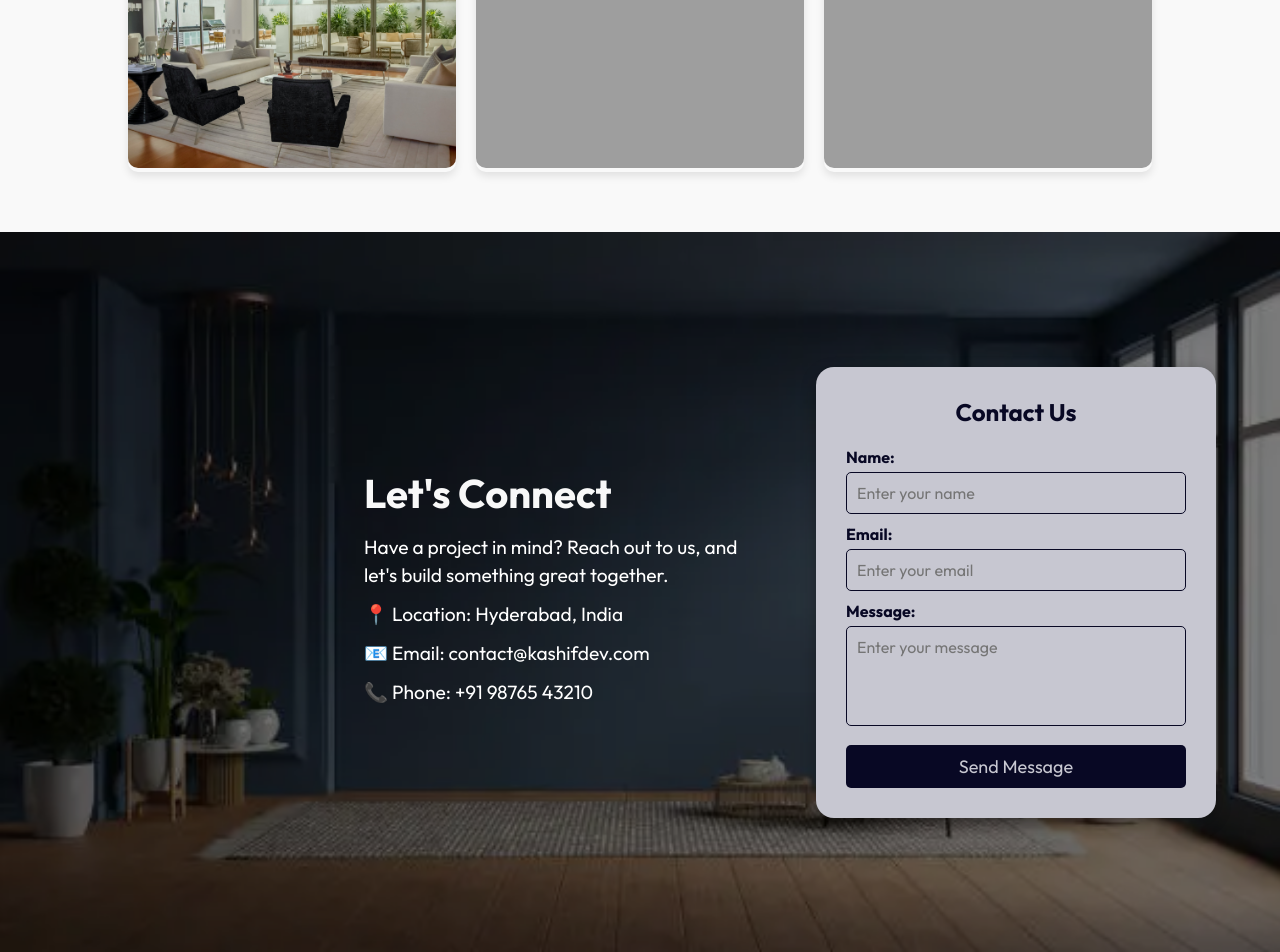
Repository: TechProjectss/Portfolio
Page: / (app in Merajweb/)
The author's editor kept a copy of each file at every save. The page is drawn from the files as they stood at one save, then again after the next save.
The browser window is 1280 px wide. The pictures show the part of the page from y = 2747 to 3699 px (the page is 3699 px tall).
Pictures or frames that could not be fetched are drawn as grey boxes. The project was rebuilt for these pictures with package versions that can differ from the ones it lists, and the page was loaded fresh each time. Also part of the build but not shown: Merajweb/vite.config.js.

Above is the page before, as saved 2025-02-26 12:39:04.

### Merajweb/index.html
<!doctype html>
<html lang="en">
  <head>
    <meta charset="UTF-8" />
    <link rel="icon" type="image/svg+xml" href="/vite.svg" />
    <meta name="viewport" content="width=device-width, initial-scale=1.0" />
    <title>MerajWeb</title>
  </head>
  <body>
    <div id="root"></div>
    <script type="module" src="/src/main.jsx"></script>
  </body>
</html>

### Merajweb/src/index.css
@import url('https://fonts.googleapis.com/css2?family=Outfit:wght@100..900&display=swap');

*{
    margin: 0;
    padding: 0;
    box-sizing: border-box;
    font-family: "Outfit", serif;
}

body{
    background-color: #f5f5f5;
}

a{
    text-decoration: none;
    color: inherit;
    line-height: 1;
    cursor: pointer;
}

.container{
    padding-left: 5%;
    padding-right: 5%;
}

### Merajweb/src/App.jsx
import React from "react";
import Navbar from "./components/Navbar/Navbar";
import Home from "./components/Home/Home";
import About from "./components/About/About";
import Programs from "./components/Programs/Programs";
import Projects from "./components/Projects/Projects";
import Contact from "./components/Contact/Contact";

const App = () => {
  return (
    <>
      <Navbar />
      <div id="home"><Home /></div>
      <div id="about"><About /></div>
      <div id="programs"><Programs /></div>
      <div id="projects"><Projects /></div>
      <div id="contact"><Contact /></div>
    </>
  );
};

export default App;

### Merajweb/src/components/Navbar/Navbar.jsx
import React, { useState, useEffect } from "react";
import "./Navbar.css";
import logosk from "../../assets/logosk1.png";

const Navbar = () => {
    const [menuOpen, setMenuOpen] = useState(false);
    const [visible, setVisible] = useState(true);

    useEffect(() => {
        let lastScrollY = window.scrollY;

        const handleScroll = () => {
            setVisible(window.scrollY < lastScrollY || window.scrollY < 50);
            lastScrollY = window.scrollY;
        };

        window.addEventListener("scroll", handleScroll);
        return () => window.removeEventListener("scroll", handleScroll);
    }, []);

    return (
        <nav className={`navbar ${visible ? "visible" : "hidden"}`}>
            <div className="logo-container">
                <img src={logosk} alt="logo" className="logo" />
            </div>
            <ul className={menuOpen ? "nav-items open" : "nav-items"}>
                <li><a href="#home">Home</a></li>
                <li><a href="#about">About</a></li>
                <li><a href="#programs">Programs</a></li>
                <li><a href="#projects">Projects</a></li>
                <li><a href="#contact">Contact Us</a></li>
            </ul>
            <div className="menu-icon" onClick={() => setMenuOpen(!menuOpen)}>☰</div>
        </nav>
    );
};

export default Navbar;

### Merajweb/src/components/Home/Home.jsx
import React from 'react';
import './Home.css';

const Home = () => {
    return (
        <div className='hero container' style={{ minHeight: "100vh" }}>
            <div className="hero-text">
                <h1>Bringing Ideas to Reality with Design & Code</h1>
                <h2>Mohammed Kashif | React Native & Full-Stack Developer</h2>
                <p>
                    I specialize in building scalable mobile apps, seamless UI/UX, and API integrations.
                    Looking for a passionate developer? Let’s build something amazing together!
                </p>
                <div className="hero-buttons">
                    <button className="btn primary">View My Work</button>
                    <button className="btn secondary">Hire Me</button>
                </div>
            </div>
        </div>
    );
};

export default Home;

### Merajweb/src/components/About/About.jsx
import React from 'react';
import styled from 'styled-components';

// Styled Components
const AboutSection = styled.div`
    display: flex;
    align-items: center;
    justify-content: center;
    min-height: 100vh;
    padding: 60px 20px;
    background: #fff;
    gap: 50px;

    @media (max-width: 768px) {
        flex-direction: column;
        text-align: center;
    }
`;

const AboutText = styled.div`
    max-width: 600px;
    line-height: 1.8;
`;

const AboutImage = styled.img`
    width: 350px;
    height: 350px;
    border-radius: 50%;
    box-shadow: 0 6px 12px rgba(0, 0, 0, 0.3);
    transition: transform 0.3s ease-in-out;

    &:hover {
        transform: scale(1.1);
    }
`;

const Skills = styled.ul`
    list-style: none;
    padding: 0;
    display: flex;
    flex-wrap: wrap;
    justify-content: flex-start;
    margin-top: 20px;
    gap: 10px;

    @media (max-width: 768px) {
        justify-content: center;
    }
`;

const SkillItem = styled.li`
    background: #080824;
    color: white;
    padding: 10px 20px;
    border-radius: 25px;
    font-weight: bold;
    font-size: 14px;
    transition: all 0.3s ease-in-out;

    &:hover {
        background: #080824;
        transform: translateY(-3px);
    }
`;

const CTAButton = styled.button`
    background: #080824;
    color: white;
    padding: 14px 28px;
    font-size: 18px;
    border: none;
    cursor: pointer;
    border-radius: 8px;
    font-weight: bold;
    transition: all 0.3s ease-in-out;
    margin-top: 30px;

    &:hover {
        background:rgb(111, 111, 131);
        transform: scale(1.05);
    }
`;

const About = () => {
    return (
        <AboutSection>
            <AboutImage src="/profile.jpg" alt="Mohammed Kashif" />
            <AboutText>
                <h1>About Me</h1>
                <p>
                    Hi, I'm <strong>Mohammed Kashif</strong>, a passionate and dedicated <strong>Full-Stack Developer</strong>
                    with expertise in building modern and scalable applications. My journey in development started with
                    curiosity, and now I specialize in crafting high-quality digital experiences.
                </p>
                <p>
                    I thrive on solving real-world problems using <strong>React Native, React.js, Node.js</strong>, and <strong>UI/UX Design</strong>.
                    From designing user-friendly interfaces to developing seamless back-end services, I ensure that every
                    project is built with efficiency, creativity, and a focus on user satisfaction.
                </p>
                <h2>Skills & Technologies</h2>
                <Skills>
                    <SkillItem>React Native</SkillItem>
                    <SkillItem>React.js</SkillItem>
                    <SkillItem>UI/UX Design</SkillItem>
                    <SkillItem>Node.js</SkillItem>
                    <SkillItem>MongoDB</SkillItem>
                    <SkillItem>API Development</SkillItem>
                    <SkillItem>Docker & Cloud Services</SkillItem>
                    <SkillItem>JavaScript & TypeScript</SkillItem>
                </Skills>
                <CTAButton>Let's Work Together!</CTAButton>
            </AboutText>
        </AboutSection>
    );
};

export default About;

### Merajweb/src/components/Programs/Programs.jsx
import React from "react";
import "./Programs.css";
import img1 from "../../assets/hom1.jpg"; // Replace with actual image path
import img2 from "../../assets/int7.jpg"; // Replace with actual image path
import img3 from "../../assets/int2.jpg"; // Replace with actual image path
import img4 from "../../assets/int5.jpg"; // Replace with actual image path
import img5 from "../../assets/int4.jpg"; // Replace with actual image path

const Programs = () => {
    return (
        <section className="programs-section">
            <div className="program-card">
                <img src={img1} alt="Interior Design" className="program-image" />
                <h3 className="program-title">Innovation Inside Out</h3>
                <p className="program-description">
                    NA Architects are unparalleled in Interior Design solutions. It’s not just mind-blowing, it’s mind-bending.
                </p>
            </div>

            <div className="program-card">
                <img src={img2} alt="Skyscraper Design" className="program-image" />
                <h3 className="program-title">Towering Testimonies</h3>
                <p className="program-description">
                    Creating the skyline has been a passion at NA Architects. Buildings that are talked about and clicked across the world.
                </p>
            </div>

            <div className="program-card">
                <img src={img3} alt="Garden Design" className="program-image" />
                <h3 className="program-title">The Circle of Life</h3>
                <p className="program-description">
                    At NA Architects, we have the best of minds who excel in designing both Residencies and Commercial Spaces.
                </p>
            </div>

            <div className="program-card">
                <img src={img4} alt="Eco-Friendly Design" className="program-image" />
                <h3 className="program-title">Sustainable Living</h3>
                <p className="program-description">
                    We focus on eco-friendly and sustainable architecture, creating energy-efficient and green spaces for future generations.
                </p>
            </div>

            <div className="program-card">
                <img src={img5} alt="Smart Homes" className="program-image" />
                <h3 className="program-title">Smart Spaces</h3>
                <p className="program-description">
                    Integrating technology with architecture, we design smart homes and workspaces that enhance convenience and security.
                </p>
            </div>
        </section>
    );
};

export default Programs;

### Merajweb/src/components/Projects/Projects.jsx
import React from "react";
import "./Projects.css";
import project1 from "../../assets/int1.jpg";
import project2 from "../../assets/int2.jpg";
import project3 from "../../assets/int3.jpg";
import project4 from "../../assets/int4.jpg";
import project5 from "../../assets/int5.jpg";
import project6 from "../../assets/int6.jpg";

const projects = [
    { id: 1, title: "Luxury Villa", image: project1, description: "A premium luxury villa designed with modern aesthetics." },
    { id: 2, title: "Corporate Tower", image: project2, description: "A state-of-the-art corporate skyscraper in the city skyline." },
    { id: 3, title: "Eco-Friendly Home", image: project3, description: "An energy-efficient home designed for sustainability." },
    { id: 4, title: "Smart Office", image: project4, description: "An innovative workspace with smart technology integration." },
    { id: 5, title: "Resort & Spa", image: project5, description: "A relaxing resort with a nature-inspired architectural theme." },
    { id: 6, title: "Urban Apartments", image: project6, description: "A modern apartment complex with a minimalist touch." }
];

const Projects = () => {
    return (
        <section className="projects-section">
            <h2 className="section-title">Our Client Projects</h2>
            <div className="projects-grid">
                {projects.map((project) => (
                    <div key={project.id} className="project-card">
                        <img src={project.image} alt={project.title} className="project-image" />
                        <div className="project-overlay">
                            <h3 className="project-title">{project.title}</h3>
                            <p className="project-description">{project.description}</p>
                        </div>
                    </div>
                ))}
            </div>
        </section>
    );
};

export default Projects;

### Merajweb/src/components/Contact/Contact.jsx
import React from "react";
import "./Contact.css";

const Contact = () => {
    return (
        <div className="contact-page">
            <div className="overlay"></div>

            {/* Left Side Content */}
            <div className="contact-info">
                <h1>Let's Connect</h1>
                <p>Have a project in mind? Reach out to us, and let's build something great together.</p>
                <p>📍 Location: Hyderabad, India</p>
                <p>📧 Email: contact@kashifdev.com</p>
                <p>📞 Phone: +91 98765 43210</p>
            </div>

            {/* Contact Form */}
            <div className="contact-form">
                <h2>Contact Us</h2>
                <form>
                    <label>Name:</label>
                    <input type="text" placeholder="Enter your name" required />

                    <label>Email:</label>
                    <input type="email" placeholder="Enter your email" required />

                    <label>Message:</label>
                    <textarea placeholder="Enter your message" required></textarea>

                    <button type="submit">Send Message</button>
                </form>
            </div>
        </div>
    );
};

export default Contact;

### Merajweb/src/components/Navbar/Navbar.css
/* Navbar Container */
.navbar {
    width: 100%;
    color: #fff;
    background-color: #080824;
    padding: 12px 30px;
    position: fixed;
    top: 0;
    left: 0;
    display: flex;
    align-items: center;
    justify-content: space-between;
    z-index: 1000;
    height: 60px;
    transition: transform 0.3s ease-in-out;
}

html {
    scroll-behavior: smooth;
}

/* Hide Navbar when Scrolling Up */
.navbar.hidden {
    transform: translateY(-100%);
}

/* Show Navbar when Scrolling Down */
.navbar.visible {
    transform: translateY(0);
}

/* Logo Styling */
.logo-container {
    display: flex;
    align-items: center;
}

.logo {
    width: 40px;
    height: 40px;
    border-radius: 50%;
    object-fit: cover;
    border: 2px solid white;
    cursor: pointer;
}

/* Navigation Links */
.nav-items {
    display: flex;
    list-style: none;
}

.nav-items li {
    margin: 0 15px;
}

.nav-items a {
    text-decoration: none;
    color: #fff;
    font-size: 16px;
    font-weight: 500;
    transition: color 0.3s ease-in-out;
}

.nav-items a:hover {
    color: #8ca5a5;
}

/* Mobile Menu Icon */
.menu-icon {
    display: none;
    font-size: 28px;
    cursor: pointer;
    color: white;
}

/* Responsive Design */
@media (max-width: 768px) {
    .menu-icon {
        display: block;
    }

    .nav-items {
        display: none;
        flex-direction: column;
        background: rgba(0, 0, 0, 0.9);
        position: absolute;
        top: 60px;
        right: 0;
        width: 100%;
        text-align: center;
        padding: 20px;
    }

    .nav-items.open {
        display: flex;
    }

    .nav-items li {
        margin: 15px 0;
    }
}

### Merajweb/src/components/Home/Home.css
.hero {
    height: 100vh; /* Ensures it covers the full viewport height */
    background-size: cover;
    background-color: #c7c7d1;
    background-position: center;
    color: #080824;
    display: flex;
    align-items: center;
    justify-content: center;
    text-align: center;
    padding: 20px;
    position: relative;

}


/* Animations */
@keyframes fadeIn {
    from { opacity: 0; transform: translateY(20px); }
    to { opacity: 1; transform: translateY(0); }
}

.hero-text {
    max-width: 800px;
    padding-top: 50px; /* Adjust this to push content lower */
}

.hero-text h1 {
    font-size: 48px;
    font-weight: 700;
    text-shadow: 2px 2px 10px rgba(0, 0, 0, 0.5);
}

.hero-text h2 {
    font-size: 28px;
    font-weight: 500;
    margin-top: 10px;
}

.hero-text p {
    max-width: 700px;
    margin: 15px auto 30px;
    line-height: 1.6;
    font-size: 18px;
}

/* Button Styles */
.hero-buttons {
    display: flex;
    gap: 15px;
    justify-content: center;
}

.btn {
    padding: 12px 24px;
    font-size: 18px;
    font-weight: 600;
    border: none;
    cursor: pointer;
    border-radius: 5px;
    transition: all 0.3s ease;
}

.primary {
    background: transparent;
    color: #080824;
    border: 2px solid #080824;
}

.primary:hover {
    background: #080824;
    color: #fff;
    transform: scale(1.05);
}

.secondary {
    background: transparent;
    color: #080824;
    border: 2px solid #080824;
}

.secondary:hover {
    background: #080824;
    color: #fff;
    transform: scale(1.05);
}

### Merajweb/src/components/Programs/Programs.css
/* Programs Section */
.programs-section {
    display: flex;
    flex-wrap: wrap;
    justify-content: center;
    align-items: center;
    gap: 30px;
    padding: 50px 10%;
    background-color: #fff
}

/* Program Card */
.program-card {
    text-align: center;
    width: 300px;
    background: #fff;
    box-shadow: 0 4px 8px rgba(0, 0, 0, 0.1);
    border-radius: 10px;
    overflow: hidden;
    transition: transform 0.3s ease-in-out;
}

.program-card:hover {
    transform: translateY(-5px);
}

/* Program Image */
.program-image {
    width: 100%;
    height: 230px;
    object-fit: cover;
    border-radius: 10px 10px 0 0;
}

/* Program Title */
.program-title {
    color: #e57232;
    font-size: 20px;
    font-weight: bold;
    margin-top: 15px;
}

/* Program Description */
.program-description {
    color: #333;
    font-size: 14px;
    padding: 10px 15px;
}

/* Responsive Design */
@media (max-width: 1024px) {
    .programs-section {
        flex-direction: row;
        flex-wrap: wrap;
        justify-content: center;
        padding: 30px;
    }

    .program-card {
        width: 90%;
        max-width: 350px;
    }
}

@media (max-width: 768px) {
    .programs-section {
        flex-direction: column;
        align-items: center;
    }

    .program-card {
        width: 100%;
        max-width: 400px;
    }
}

### Merajweb/src/components/Projects/Projects.css
/* Projects Section */
.projects-section {
    padding: 60px 10%;
    background: #f9f9f9;
    text-align: center;
}

/* Section Title */
.section-title {
    font-size: 28px;
    font-weight: bold;
    color: #333;
    margin-bottom: 30px;
}

/* Projects Grid */
.projects-grid {
    display: grid;
    grid-template-columns: repeat(auto-fit, minmax(300px, 1fr));
    gap: 20px;
    justify-content: center;
}

/* Project Card */
.project-card {
    position: relative;
    overflow: hidden;
    border-radius: 10px;
    box-shadow: 0 4px 8px rgba(0, 0, 0, 0.1);
    transition: transform 0.3s ease-in-out;
}

.project-card:hover {
    transform: scale(1.05);
}

/* Project Image */
.project-image {
    width: 100%;
    height: 250px;
    object-fit: cover;
    border-radius: 10px;
}

/* Project Overlay */
.project-overlay {
    position: absolute;
    top: 0;
    left: 0;
    width: 100%;
    height: 100%;
    background: rgba(0, 0, 0, 0.7);
    color: white;
    display: flex;
    flex-direction: column;
    align-items: center;
    justify-content: center;
    opacity: 0;
    transition: opacity 0.3s ease-in-out;
    padding: 15px;
    text-align: center;
}

.project-card:hover .project-overlay {
    opacity: 1;
}

/* Project Title */
.project-title {
    font-size: 20px;
    font-weight: bold;
    margin-bottom: 8px;
}

/* Project Description */
.project-description {
    font-size: 14px;
}

/* Responsive Design */
@media (max-width: 768px) {
    .projects-section {
        padding: 40px 5%;
    }

    .projects-grid {
        grid-template-columns: repeat(auto-fit, minmax(250px, 1fr));
    }
}

### Merajweb/src/components/Contact/Contact.css
/* Contact Page - Full-Screen Background */
.contact-page {
    background: url("../../assets/wall1.webp") no-repeat center center/cover;
    height: 100vh;
    display: flex;
    align-items: center; /* Vertically center */
    justify-content: space-between; /* Space between content */
    padding: 5vw;
    position: relative;
}

/* Overlay for Readability */
.overlay {
    width: 100%;
    height: 100vh;
    background: rgba(0, 0, 0, 0.5);
    position: absolute;
    top: 0;
    left: 0;
}

/* Left Side Content */
.contact-info {
    max-width: 400px;
    margin-left: 300px;
    color: #fff;
    position: relative;
    z-index: 2;
}

.contact-info h1 {
    font-size: 2.5rem;
    margin-bottom: 15px;
    color: #f8f8f8;
}

.contact-info p {
    font-size: 1.2rem;
    margin-bottom: 10px;
    line-height: 1.5;
}

/* Contact Form */
.contact-form {
    width: 400px;
    background: #c7c7d1;
    padding: 30px;
    border-radius: 18px;
    position: relative;
    z-index: 2;
    box-shadow: 0px 5px 15px rgba(0, 0, 0, 0.3);
}

/* Title & Labels */
.contact-form h2 {
    text-align: center;
    margin-bottom: 20px;
    color: #080824;
}

.contact-form label {
    display: block;
    margin-top: 10px;
    font-weight: bold;
    color: #080824;
}

/* Input Fields */
.contact-form input,
.contact-form textarea {
    width: 100%;
    padding: 10px;
    margin-top: 5px;
    border: 1px solid #080824;
    border-radius: 5px;
    font-size: 16px;
    background: transparent;
    color: #080824;
}

.contact-form textarea {
    height: 100px;
    resize: none;
}

/* Submit Button */
.contact-form button {
    width: 100%;
    padding: 10px;
    background: #080824;
    color: #c7c7d1;
    border: none;
    border-radius: 5px;
    font-size: 18px;
    cursor: pointer;
    margin-top: 15px;
}

.contact-form button:hover {
    background: #003d80;
}

/* Responsive Design */
@media (max-width: 900px) {
    .contact-page {
        flex-direction: column;
        align-items: center;
        text-align: center;
    }

    .contact-info {
        margin-bottom: 20px;
    }

    .contact-form {
        width: 90%;
    }
}

Loaded but not shown: Merajweb/src/main.jsx (common file)

After the next save:
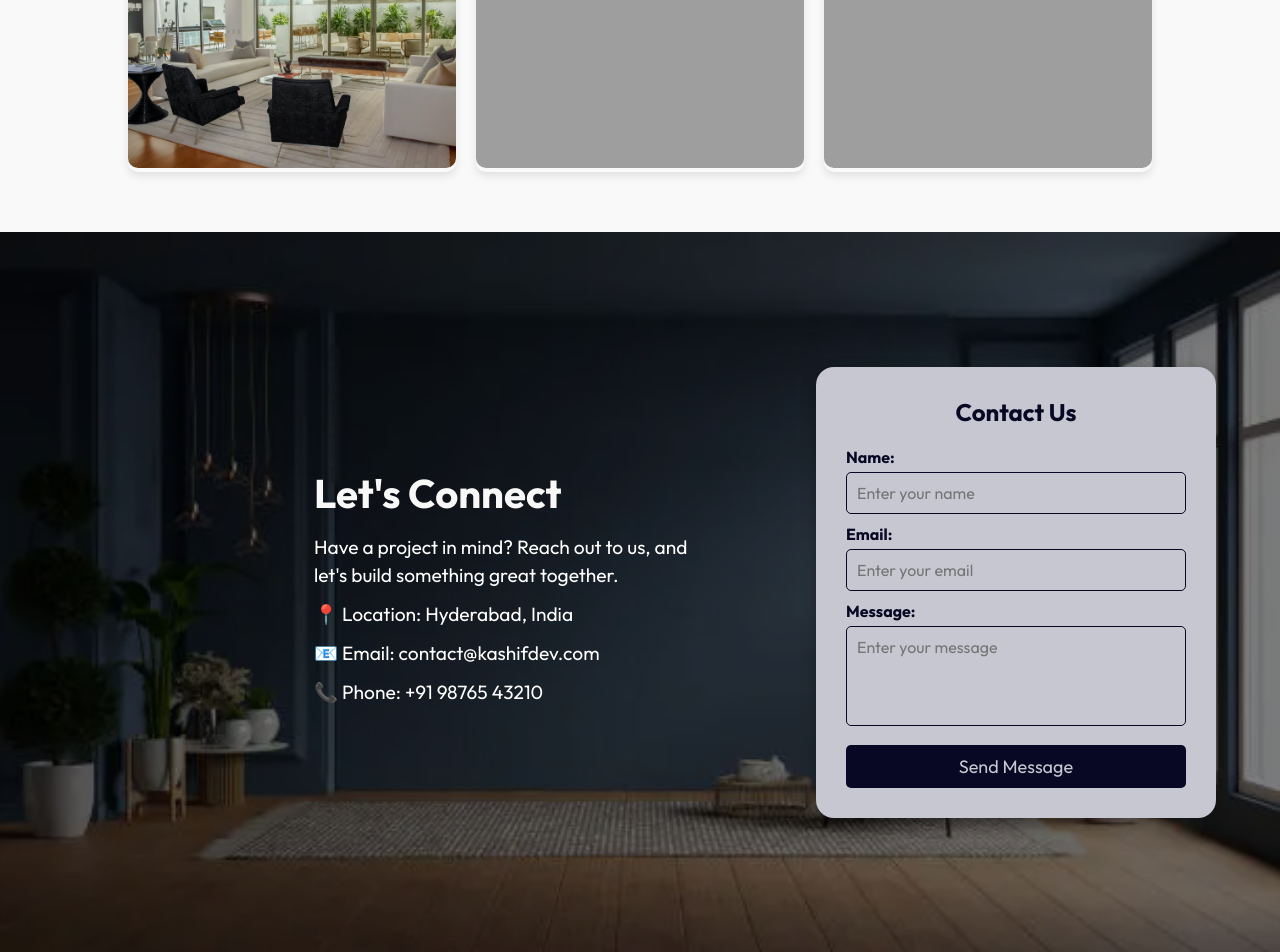
Saved 14 s later.
--- a/Merajweb/src/components/Contact/Contact.css
+++ b/Merajweb/src/components/Contact/Contact.css
@@ -22,7 +22,7 @@
 /* Left Side Content */
 .contact-info {
     max-width: 400px;
-    margin-left: 300px;
+    margin-left: 250px;
     color: #fff;
     position: relative;
     z-index: 2;
